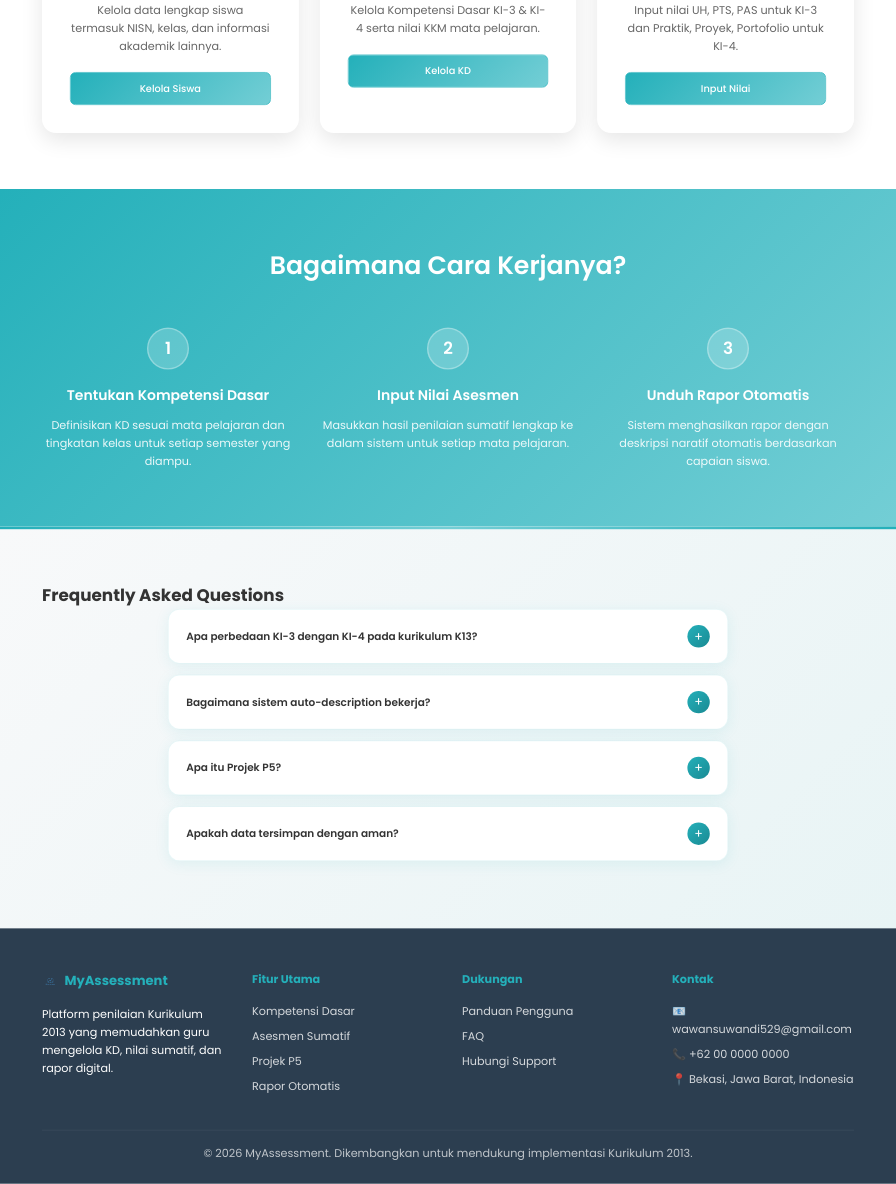
Repository: Ws529/MyAssassment_Final
Page: MyAssessment/index.html
These files come from the project's save history. The page is drawn as it stood at one moment and after the next save; the edit follows.
The browser window is 1280 px wide. The pictures show the part of the page from y = 1180 to 3100 px (the page is 2871 px tall before and 3100 px after), at 70% of full size.

Above is the page before, as saved 2026-01-01 14:51:56.

After the next save:
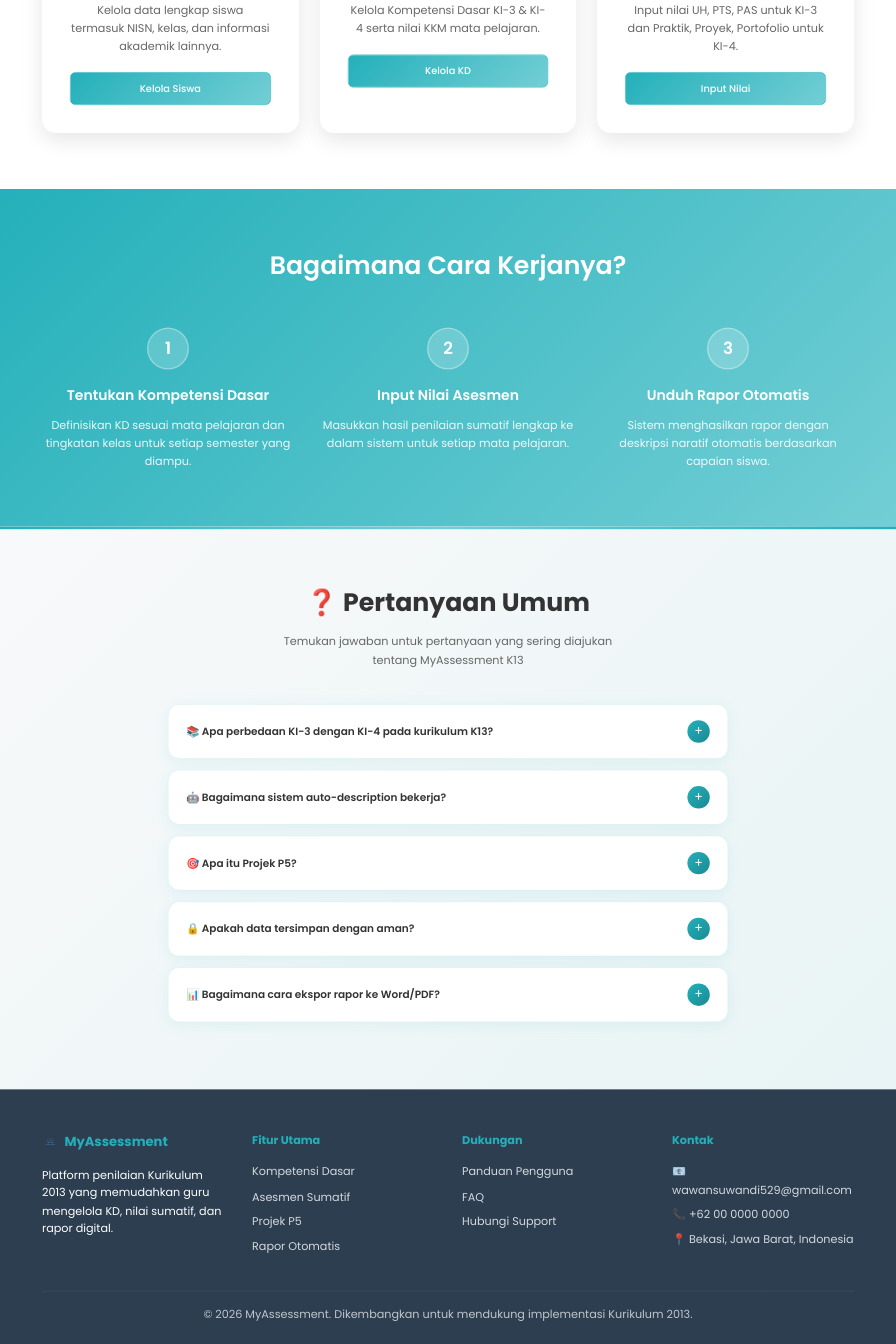
Saved 23 s later.
--- a/MyAssessment/index.html
+++ b/MyAssessment/index.html
@@ -284,29 +284,32 @@
     <!-- FAQ Section -->
     <section class="faq" id="faq">
         <div class="container">
-            <h2>Frequently Asked Questions</h2>
+            <div class="faq-header">
+                <h2>❓ Pertanyaan Umum</h2>
+                <p>Temukan jawaban untuk pertanyaan yang sering diajukan tentang MyAssessment K13</p>
+            </div>
             <div class="faq-list">
                 <div class="faq-item">
                     <div class="faq-question" onclick="toggleFaq(this)">
-                        <span>Apa perbedaan KI-3 dengan KI-4 pada kurikulum K13?</span>
+                        <span>📚 Apa perbedaan KI-3 dengan KI-4 pada kurikulum K13?</span>
                         <span class="faq-toggle">+</span>
                     </div>
                     <div class="faq-answer">
-                        <p>KI-3 adalah Kompetensi Inti untuk aspek Pengetahuan yang dinilai melalui Ulangan Harian (UH), PTS, dan PAS. Sedangkan KI-4 adalah Kompetensi Inti untuk aspek Keterampilan yang dinilai melalui Praktik, Proyek, dan Portofolio.</p>
+                        <p>KI-3 adalah Kompetensi Inti untuk aspek <strong>Pengetahuan</strong> yang dinilai melalui Ulangan Harian (UH), PTS, dan PAS. Sedangkan KI-4 adalah Kompetensi Inti untuk aspek <strong>Keterampilan</strong> yang dinilai melalui Praktik, Proyek, dan Portofolio.</p>
                     </div>
                 </div>
                 <div class="faq-item">
                     <div class="faq-question" onclick="toggleFaq(this)">
-                        <span>Bagaimana sistem auto-description bekerja?</span>
+                        <span>🤖 Bagaimana sistem auto-description bekerja?</span>
                         <span class="faq-toggle">+</span>
                     </div>
                     <div class="faq-answer">
-                        <p>Sistem akan menganalisis nilai siswa dan membandingkannya dengan KKM untuk menghasilkan deskripsi naratif otomatis. Predikat A (≥90), B (80-89), C (≥KKM), D (&lt;KKM) akan ditentukan secara otomatis.</p>
+                        <p>Sistem akan menganalisis nilai siswa dan membandingkannya dengan KKM untuk menghasilkan deskripsi naratif otomatis. Predikat <strong>A (≥90)</strong>, <strong>B (80-89)</strong>, <strong>C (≥KKM)</strong>, <strong>D (&lt;KKM)</strong> akan ditentukan secara otomatis.</p>
                     </div>
                 </div>
                 <div class="faq-item">
                     <div class="faq-question" onclick="toggleFaq(this)">
-                        <span>Apa itu Projek P5?</span>
+                        <span>🎯 Apa itu Projek P5?</span>
                         <span class="faq-toggle">+</span>
                     </div>
                     <div class="faq-answer">
@@ -315,11 +318,20 @@
                 </div>
                 <div class="faq-item">
                     <div class="faq-question" onclick="toggleFaq(this)">
-                        <span>Apakah data tersimpan dengan aman?</span>
+                        <span>🔒 Apakah data tersimpan dengan aman?</span>
                         <span class="faq-toggle">+</span>
                     </div>
                     <div class="faq-answer">
-                        <p>Ya, semua data disimpan di database MongoDB dengan sistem backup otomatis. Data siswa dan nilai dilindungi dengan enkripsi untuk menjamin keamanan dan privasi.</p>
+                        <p>Ya, semua data disimpan di database MongoDB dengan sistem backup otomatis. Data siswa dan nilai dilindungi dengan <strong>enkripsi</strong> untuk menjamin keamanan dan privasi.</p>
+                    </div>
+                </div>
+                <div class="faq-item">
+                    <div class="faq-question" onclick="toggleFaq(this)">
+                        <span>📊 Bagaimana cara ekspor rapor ke Word/PDF?</span>
+                        <span class="faq-toggle">+</span>
+                    </div>
+                    <div class="faq-answer">
+                        <p>Setelah semua nilai diinput, Anda dapat mengekspor rapor melalui menu <strong>Penilaian → Ekspor</strong>. Pilih format Word atau PDF, lalu sistem akan menghasilkan rapor lengkap dengan deskripsi otomatis.</p>
                     </div>
                 </div>
             </div>
